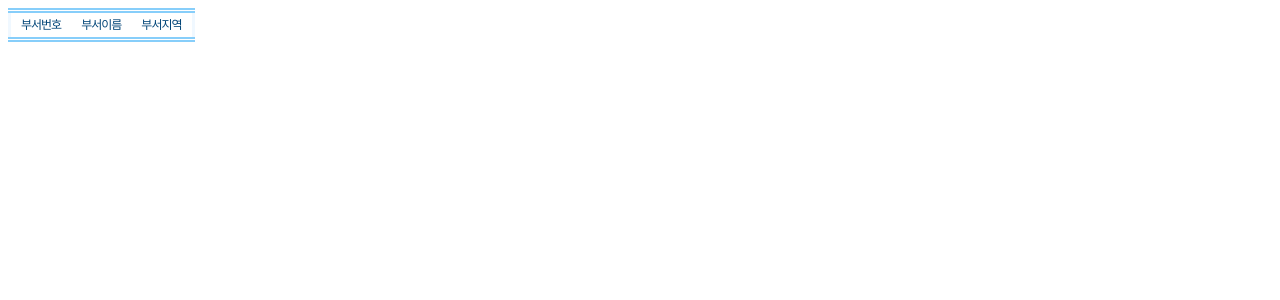
Repository: tmddnrdl333/5_BackEnd
Page: http://localhost/0323_mvc_basic/dept/list.do
An editor plug-in stored every save of this project. The page is shown before and after a run of saves, followed by the edit.
The browser window is 1280 px wide. The pictures show the whole page.
The page is served by Tomcat 9. Queries for data that is not in the repository find no rows.

Above is the page before, as saved 2022-03-23 08:08:22.

After the next 2 saves:
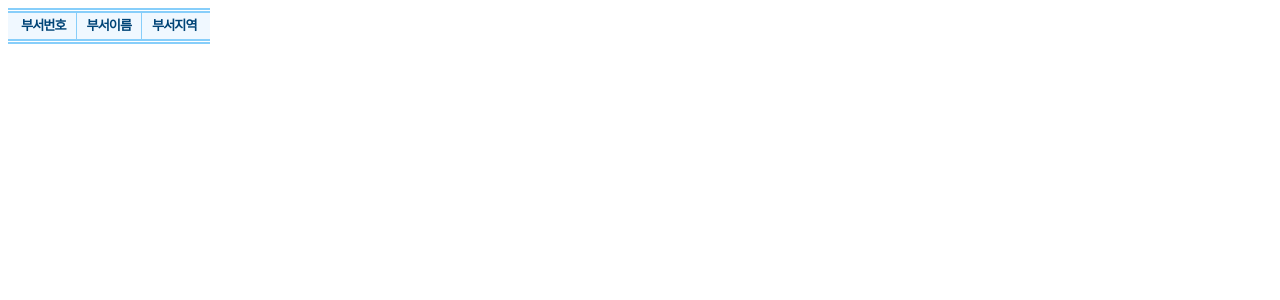
The 2 saves are shown as one change because 1 did not build or start.
The last was saved 5 min 46 s later.
--- a/0323_mvc_basic/WebContent/dept/list.jsp
+++ b/0323_mvc_basic/WebContent/dept/list.jsp
@@ -1,3 +1,5 @@
+<%@page import="com.ssafy.model.dto.Dept"%>
+<%@page import="java.util.List"%>
 <%@ page language="java" contentType="text/html; charset=UTF-8"
     pageEncoding="UTF-8"%>
 <!DOCTYPE html>
@@ -10,12 +12,17 @@
 </head>
 <body>
 	<table>
-		<tbody>
+		<thead>
 			<tr>
 				<th>부서번호</th>
 				<th>부서이름</th>
 				<th>부서지역</th>
 			</tr>
+		</thead>
+		<tbody>
+		<%
+			List<Dept> list = (List<Dept>) request.getAttribute("deptList");
+		%>
 		</tbody>
 	</table>
 </body>
